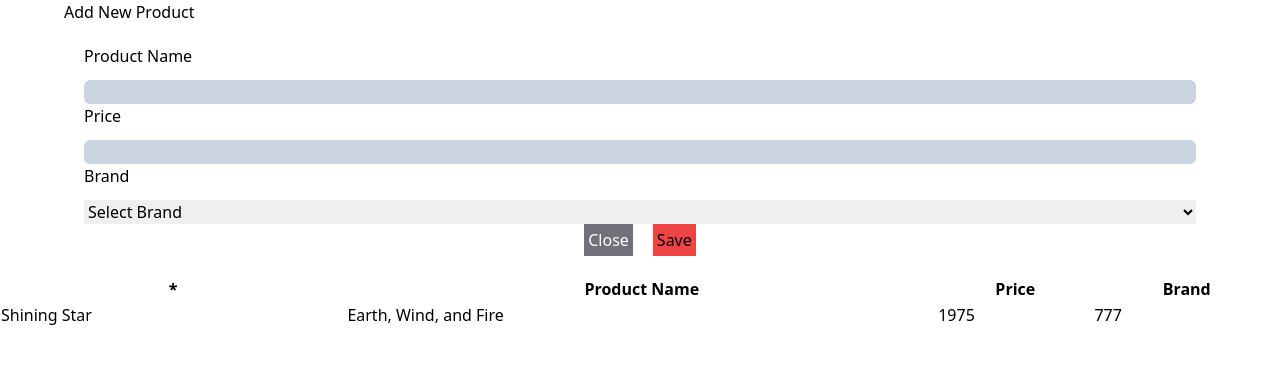
Repository: Semanmernstack/next-13-prisma-crud
Page: /product
These files come from the project's save history. The page is drawn as it stood at one moment and after the next save; the edit follows.
The browser window is 1280 px wide. The pictures show the whole page.
The project was rebuilt for these pictures with package versions that can differ from the ones it lists, and the page was loaded fresh each time. The framework's server and built-in components were replaced by stand-ins that run in the browser. Also part of the build but not shown: next.config.js.

Above is the page before, as saved 2023-06-01 01:12:17.

After the next save:
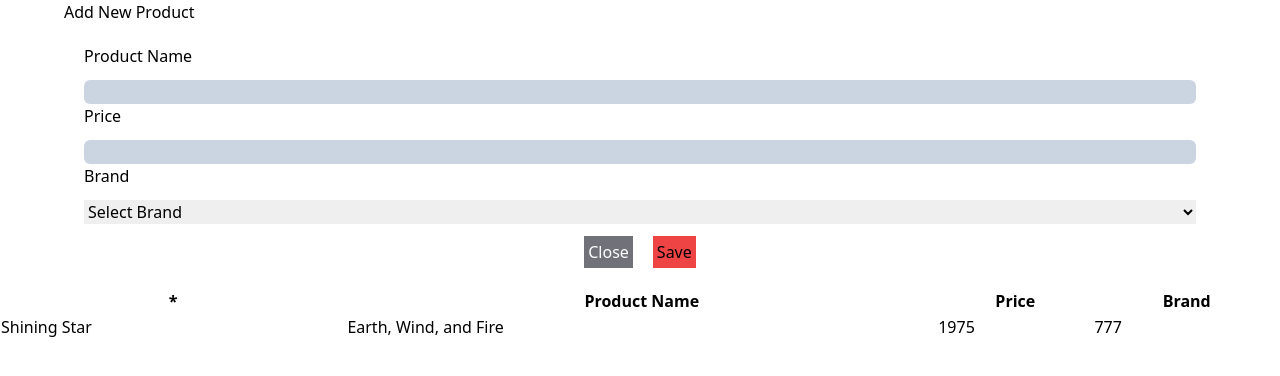
Saved 13 s later.
--- a/app/components/AddPrisma.tsx
+++ b/app/components/AddPrisma.tsx
@@ -29,7 +29,7 @@
                     <option className='hover:bg-blue-900' value="">Brand 2</option>
                 </select>
             </div>
-            <div className='flex space-x-5 items-center justify-center'>
+            <div className='flex space-x-5 items-center justify-center mt-3'>
                 <button type="button" className='bg-zinc-500 p-1 text-white' >Close</button>
                 <button type="submit" className="bg-red-500 p-1"  >Save</button>
             </div>
